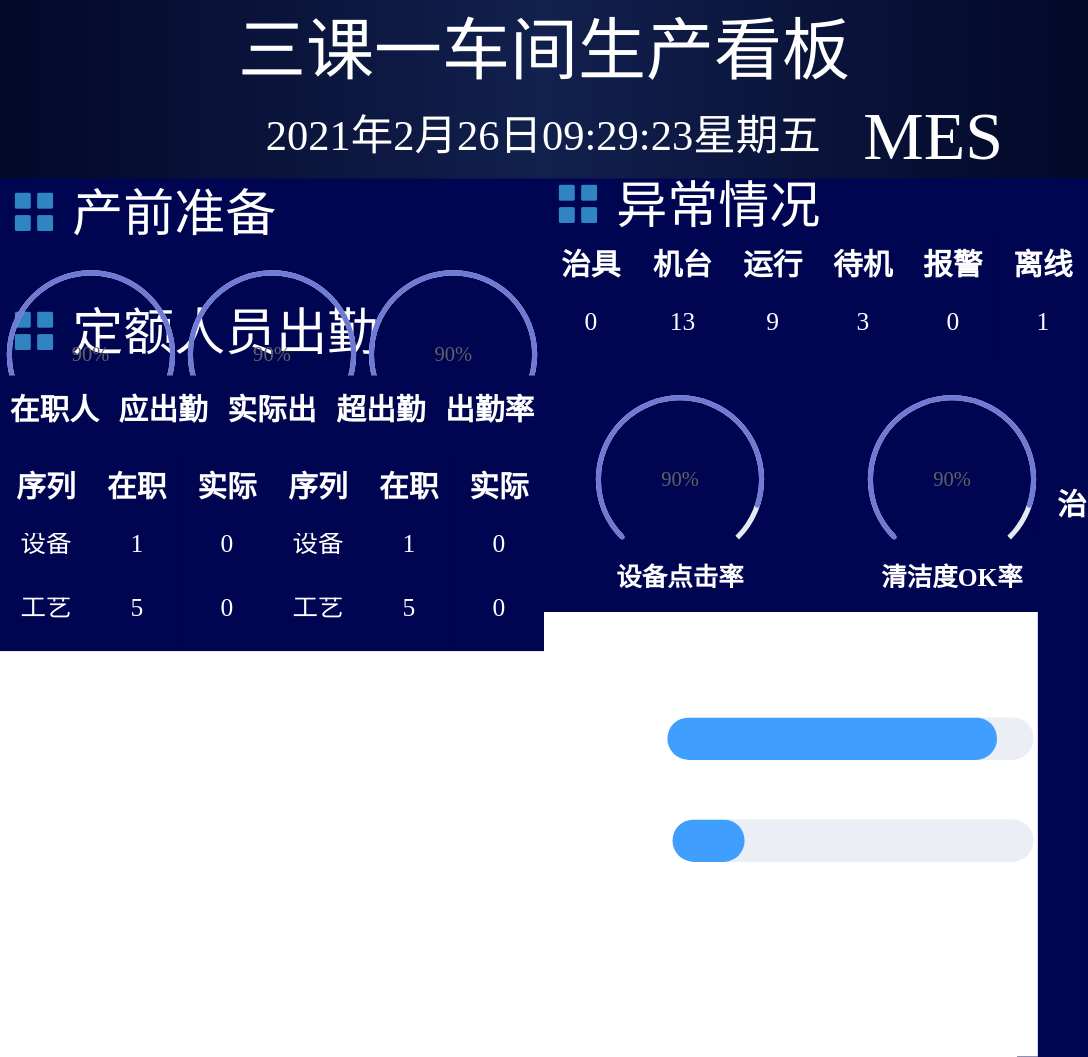
Repository: Bimbaloo/pv-view
Page: a.html
The author's editor kept a copy of each file at every save. The page is drawn from the files as they stood at one save, then again after the next save.
The browser window is 1280 px wide. The pictures show the whole page, at 85% of full size.

Above is the page before, as saved 2021-05-14 15:25:08.
Console error: ReferenceError: echarts is not defined

### a.html
<!DOCTYPE html>
<html lang="zh-ch">

<head>
  <meta charset="UTF-8">
  <meta http-equiv="X-UA-Compatible" content="IE=edge">
  <meta name="viewport"
    content="width=device-width, initial-scale=1.0, minimum-scale=1.0, maximum-scale=1.0, user-scalable=no" />
  <script src="echarts.common.js"></script>
  <script src="vue.js"></script>
  <script src="element-ui/index.js"></script>
  <link rel="stylesheet" href="element-ui/theme-chalk/index.css">
  <link rel="stylesheet" href="reset.css">
  <link rel="stylesheet" href="base.css">
  <title>车间看板</title>
</head>

<body>
  <div id="app">
    <!-- 抬头 -->
    <div class="title-box">
      <div class="title">三课一车间生产看板</div>
      <div class="message" style="display: flex;">
        <div class="time">2021年2月26日09:29:23星期五</div>
        <div class="name">MES</div>
      </div>

    </div>
    <!-- 生产 -->
    <div class="Production">
      <div class="ready">
        <div class="designation">
          <i class="el-icon-menu"></i>
          <span>产前准备</span>
        </div>
        <div class="progress-boxs">
          <div class="progress-box">
            <el-progress type="dashboard" :percentage="percentage" :color="colors" :width='width'></el-progress>
            <span>设备点击率</span>
          </div>

          <div class="progress-box">
            <el-progress type="dashboard" :percentage="percentage" :color="colors" :width='width'></el-progress>
            <span>清洁度OK率</span>
          </div>
          <div class="progress-box">
            <el-progress type="dashboard" :percentage="percentage" :color="colors" :width='width'></el-progress>
            <span>物料齐率</span>
          </div>
        </div>


      </div>
      <!-- 出勤 -->
      <div class="chuqing">
        <div class="designation">
          <i class="el-icon-menu"></i>
          <span>定额人员出勤</span>
        </div>
        <div class="table-message">
          <el-table ref="table" :data="tableData.data" style="width: 100%;margin-top: 20px;">
            <el-table-column v-for="col in columns" :key="col.prop" :label="col.label" :prop="col.prop"
              :class-name="col.class" align='center'>
            </el-table-column>
          </el-table>
        </div>

      </div>
      <!-- 非定额出勤 -->
      <div class="feichuqing">
        <div class="designation">
          <i class="el-icon-menu"></i>
          <span>非定额人员出勤</span>
        </div>
        <div class="table-message" style="display: flex;">
          <el-table ref="table2" :data="tableData.data2" style="width: 45%;margin-top: 20px;">
            <el-table-column v-for="col in columns2" :key="col.prop" :label="col.label" :prop="col.prop"
              :class-name="col.class" align='center'>
            </el-table-column>
          </el-table>
          <el-table ref="table2" :data="tableData.data2" style="width: 45%;margin-top: 20px;">
            <el-table-column v-for="col in columns2" :key="col.prop" :label="col.label" :prop="col.prop"
              :class-name="col.class" align='center'>
            </el-table-column>
          </el-table>
        </div>
      </div>
    </div>
    <!-- 异常 -->
    <div class="abnormal">
      <div class="designation">
        <i class="el-icon-menu"></i>
        <span>异常情况</span>
      </div>
      <div class="table-message">
        <el-table ref="table4" :data="tableData.data4" style="width: 100%">
          <el-table-column v-for="col in columns4" :key="col.prop" :label="col.label" :prop="col.prop"
            :class-name="col.class" align='center'>
          </el-table-column>
        </el-table>
      </div>
      <div class="progress-boxs">
        <div class="progress-box">
          <el-progress type="dashboard" :percentage="percentage" :color="colors" :width='width'></el-progress>
          <span>设备点击率</span>
        </div>

        <div class="progress-box">
          <el-progress type="dashboard" :percentage="percentage" :color="colors" :width='width'></el-progress>
          <span>清洁度OK率</span>
        </div>
      </div>
      <div class="progress-boxs2">
        <div class="progress-box2">
          <div class="progress-message">
            治具损坏率
          </div>
          <el-progress :stroke-width="50" :percentage="90"></el-progress>
        </div>
        <div class="progress-box2">
          <div class="progress-message">
            OQC批退率
          </div>
          <el-progress :stroke-width="50" :percentage="20"></el-progress>
        </div>
      </div>

    </div>
    <!-- 进度 -->
    <div class="progress">
      <div class="designation">
        <i class="el-icon-menu"></i>
        <span>生产进度</span>
      </div>

      <div id="container" style="height: 80%;width: 70%;"></div>
      <el-table ref="table5" :data="tableData.data5" style="width: 100%">
        <el-table-column v-for="col in columns4" :key="col.prop" :label="col.label" :prop="col.prop"
          :class-name="col.class" align='center'>
        </el-table-column>
      </el-table>

    </div>

  </div>
  <script src="base.js"></script>
</body>

</html>

### reset.css
/**
 * Eric Meyer's Reset CSS v2.0 (http://meyerweb.com/eric/tools/css/reset/)
 * http://cssreset.com
 */

html,
body,
div,
span,
applet,
object,
iframe,
h1,
h2,
h3,
h4,
h5,
h6,
p,
blockquote,
pre,
a,
abbr,
acronym,
address,
big,
cite,
code,
del,
dfn,
em,
img,
ins,
kbd,
q,
s,
samp,
small,
strike,
strong,
sub,
sup,
tt,
var,
b,
u,
i,
center,
dl,
dt,
dd,
ol,
ul,
li,
fieldset,
form,
label,
legend,
table,
caption,
tbody,
tfoot,
thead,
tr,
th,
td,
article,
aside,
canvas,
details,
embed,
figure,
figcaption,
footer,
header,
menu,
nav,
output,
ruby,
section,
summary,
time,
mark,
audio,
video,
input {
  margin: 0;
  padding: 0;
  border: 0;
  font-family: "微软雅黑";
  font-size: 100%;
  font-weight: normal;
  vertical-align: baseline;
}

.divider {
  height: 16px;
  width: 100%;
  background: #f3f5f7;
  border-top: 1px solid rgba(7, 17, 27, 0.1);
  border-bottom: 1px solid rgba(7, 17, 27, 0.1);
}

.clear:after {
  content: "\20";
  height: 0;
  display: block;
  clear: both;
}

/* HTML5 display-role reset for older browsers */

article,
aside,
details,
figcaption,
figure,
footer,
header,
menu,
nav,
section {
  display: block;
}

body {
  line-height: 1;
}

blockquote,
q {
  quotes: none;
}

blockquote:before,
blockquote:after,
q:before,
q:after {
  content: none;
}

table {
  border-collapse: collapse;
  border-spacing: 0;
}

/* custom */

a {
  color: #7e8c8d;
  text-decoration: none;
  -webkit-backface-visibility: hidden;
}

li {
  list-style: none;
}

/* 表格下载。 */
.tableClone {
  position: absolute;
  z-index: -1;
}

::-webkit-scrollbar {
  width: 10px;
  height: 10px;
}

::-webkit-scrollbar-track-piece {
  /* background-color: #979ba1; */
  background-color: #bfc1c2;
  -webkit-border-radius: 4px;
}

::-webkit-scrollbar-thumb:vertical {
  height: 10px;
  /*  background-color: #56565C; */
  background-color: #8c8c92;
  -webkit-border-radius: 4px;
}

::-webkit-scrollbar-thumb:horizontal {
  width: 10px;
  /*  background-color: #56565C; */
  background-color: #8c8c92;
  -webkit-border-radius: 4px;
}

html,
body {
  width: 100%;
  height: 100%;
}

body {
  -webkit-text-size-adjust: none;
  -webkit-tap-highlight-color: rgba(0, 0, 0, 0);
}

### base.css
#app {
  background-color: hsl(236deg 100% 16%);
  display: flex;
  flex-direction: row;
  flex-flow: wrap;
  height: 100%;
}

.title-box {
  height: 210px;
  background-image: linear-gradient(to right, #020828, #12204d, #020828);
  width: 100%;

}

.title,
.time,
.name {
  color: #fff;
}

.message {
  display: flex;
  align-items: center;
  justify-content: flex-end;
  margin-right: 100px;
}

.title {
  font-size: 80px;
  width: 100%;
  display: flex;
  justify-content: center;
  align-items: center;
  line-height: 120px;
  height: 120px;
}

.time {
  font-size: 50px;
}

.name {
  font-size: 80px;
  margin-left: 50px;
}


/* 生产 */
.Production {
  height: 45%;
  width: 50%;
  box-sizing: border-box;

}

/* 异常 */
.abnormal {
  height: 45%;
  width: 50%;
  box-sizing: border-box;
}

.progress {
  width: 100%;
  height: 45%;
}


.ready {
  padding-top: 10px;
  height: 40%
}

.designation {
  color: #fff;
  font-size: 60px;
}

.el-icon-menu {
  color: #2F84C1;
  margin-left: 10px;
}

.chuqing {
  padding-top: 10px;
  height: 25%;
}
.feichuqing {
  padding-top: 10px;
  height: 35%;
}


.table-message td,th{
  background-color: hsl(236deg 100% 16%) !important;
  border: 1px solid hsl(236deg 100% 16%);
}

.el-table td, .el-table th.is-leaf {
  border: 1px solid hsl(236deg 100% 16%);
}

.el-table th, .el-table tr {
  background-color: hsl(236deg 100% 16%) !important;
}

.el-table {
  color: #fff;
  font-weight: bold;
  font-size: 30px;
}

.el-table, .el-table__expanded-cell {
  background-color: hsl(236deg 100% 16%) !important;
}
.el-table th>.cell {
  height: 55px;
  color: #fff;
  font-weight: bold;
  font-size: 35px;
  line-height: 55px;
}
.el-table td>.cell {
  height: 50px;
  color: #fff;
  font-size: 30px;
}


.abnormal {

}
.progress-boxs {
  display: flex;
  justify-content: space-around;
  margin-top: 35px;
}
.progress-box span{
  color: #fff;
  font-weight: bold;
  font-size: 30px;
}

.progress-box {
  display: flex;
    flex-direction: column;
    align-items: center;
}
.progress-boxs2 {
 margin-top: 150px;
}

.progress-box2 {
  display: flex;
  justify-content: space-evenly;
  margin-top: 60px;
  margin-bottom: 60px;
}
.progress-box2  .el-progress {
  width: 80%;
  display: flex;
}

.progress-message {
  color: #fff;
  font-weight: bold;
  font-size: 30px;
}
.progress {
  padding-top: 20px;
}

.el-table::before {
  height :0
}


.progress {
  display: flex;
    flex-direction: row;
    flex-wrap: wrap;
}

### base.js
var Main = new Vue({
  el: '#app',
  name: app,
  data: {
    tableData: {
      columns: [{
        label: '在职人员',
        prop: 'printer',
        align: 'center',
        showHead: true
      },
      {
        label: '应出勤',
        prop: 'tasksNum',
        align: 'center',
        showHead: true
      },
      {
        label: '实际出勤',
        prop: 'status',
        align: 'center',
        showHead: true
      },
      {
        label: '超出勤',
        prop: 'lastTime',
        align: 'center',
        showHead: true
      },
      {
        label: '出勤率',
        prop: 'equipment',
        align: 'center',
        class: 'red',
        showHead: true
      }
      ],
      data: [{
        tasksNum: '1',
        printer: '0',
        status: '0',
        lastTime: '0',
        equipment: 0
      }],
      columns2: [{
        label: '序列',
        prop: 'order',
        align: 'center',
      }, {
        label: '在职人数',
        prop: 'num',
        align: 'center',
      }, {
        label: '实际出勤',
        prop: 'realistic',
        align: 'center',
      }],
      data2: [{
        order: '设备',
        num: '1',
        realistic: '0'
      }, {
        order: '工艺',
        num: '5',
        realistic: '0'
      },],
      data3: [{
        order: '品质',
        num: '0',
        realistic: '0'
      },
      {
        order: '制造',
        num: '6',
        realistic: '0'
      }
      ],
      columns4: [{
        label: '治具总数',
        prop: 'order',
        align: 'center',
      }, {
        label: '机台总数',
        prop: 'num',
        align: 'center',
      }, {
        label: '运行',
        prop: 'run',
        align: 'center',
      }, {
        label: '待机',
        prop: 'Standby',
        align: 'center',
      }, {
        label: '报警',
        prop: 'alarm',
        align: 'center',
      }, {
        label: '离线',
        prop: 'offline',
        align: 'center',
      }],
      data4: [{
        order: '0',
        num: '13',
        run: '9',
        Standby: '3',
        alarm: '0',
        offline: '1'
      }],
      columns5: [
        {
          label: '计划达成率',
          prop: 'Achievement',
          align: 'center',
        }, {
          label: '物料齐率',
          prop: 'material',
          align: 'center',
        }, {
          label: '实际UPH',
          prop: 'UPH',
          align: 'center',
        }
      ],
      data5: [{
        Achievement: '50%',
        material: '50%',
        UPH: 2000,
      }, {
        Achievement: '50%',
        material: '50%',
        UPH: 2000,
      }, {
        Achievement: '50%',
        material: '50%',
        UPH: 2000,
      }, {
        Achievement: '50%',
        material: '50%',
        UPH: 2000,
      }, {
        Achievement: '50%',
        material: '50%',
        UPH: 2000,
      }, {
        Achievement: '50%',
        material: '50%',
        UPH: 2000,
      }, {
        Achievement: '50%',
        material: '50%',
        UPH: 2000,
      }, {
        Achievement: '50%',
        material: '50%',
        UPH: 2000,
      }],
      height: 100,
    },
    colors: [{
      color: '#f56c6c',
      percentage: 20
    },
    {
      color: '#e6a23c',
      percentage: 40
    },
    {
      color: '#5cb87a',
      percentage: 60
    },
    {
      color: '#1989fa',
      percentage: 80
    },
    {
      color: '#6f7ad3',
      percentage: 100
    }
    ],
    percentage: 90,
    width: 200
  },
  computed: {
    columns() {
      return this.tableData.columns.filter((item) => {
        return item.showHead
      })
    },
    columns2() {
      return this.tableData.columns2
    },
    columns4() {
      return this.tableData.columns4
    },
    columns5() {
      return this.tableData.columns5
    },
    items() {
      return this.tableData.columns.filter((item) => {
        return !item.showHead
      })
    }
  },
  methods: {

  }
})

var dom = document.getElementById("container");
var myChart = echarts.init(dom);
var app = {};

var option;



option = {
  tooltip: {
    trigger: 'axis',
    axisPointer: {            // Use axis to trigger tooltip
      type: 'shadow'        // 'shadow' as default; can also be 'line' or 'shadow'
    }
  },
  legend: {
    data: ['Direct', 'Mail Ad', 'Affiliate Ad']
  },
  grid: {
    left: '3%',
    right: '4%',
    bottom: '3%',
    containLabel: true
  },
  xAxis: {
    type: 'value'
  },
  yAxis: {
    type: 'category',
    data: ['1#', '2#', '3#', '4#', '5#', '6#', '7#']
  },
  series: [
    {
      name: 'Direct',
      type: 'bar',
      stack: 'total',
      label: {
        show: true
      },
      emphasis: {
        focus: 'series'
      },
      data: [0, 20, 0, 0, 5, 15, 33]
    },
    {
      name: 'Mail Ad',
      type: 'bar',
      stack: 'total',
      label: {
        show: true
      },
      emphasis: {
        focus: 'series'
      },
      data: [0, 50, 30, 70, 25, 25, 33]
    },
    {
      name: 'Affiliate Ad',
      type: 'bar',
      stack: 'total',
      label: {
        show: true
      },
      emphasis: {
        focus: 'series'
      },
      data: [100, 30, 70, 30, 70, 60, 34]
    }


  ]
};

if (option && typeof option === 'object') {
  myChart.setOption(option);
}

Loaded but not shown: vue.js (library); element-ui/index.js (library); element-ui/theme-chalk/index.css (library); echarts.common.js (no copy from this time; the picture is the same without it)

After the next save:
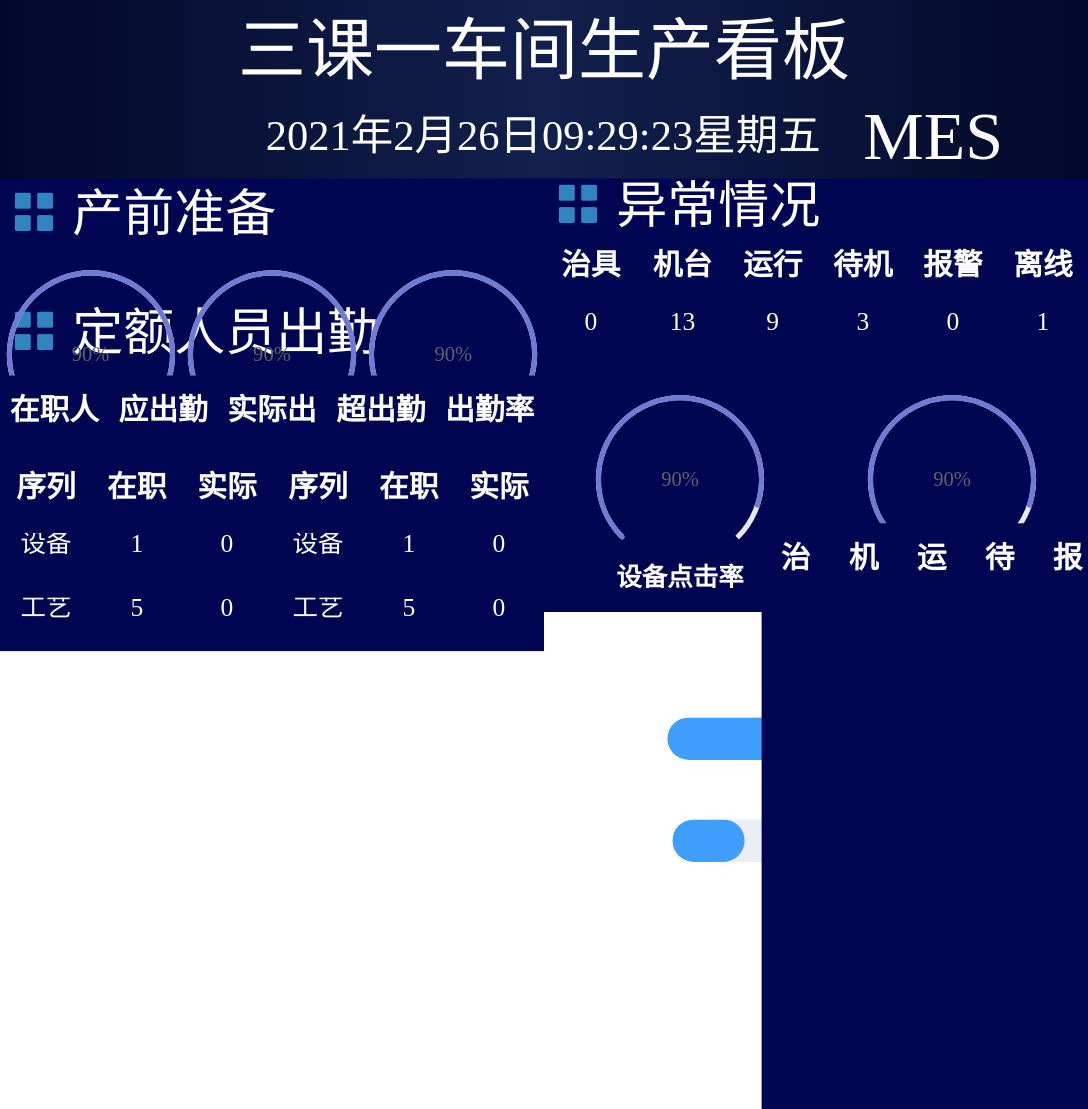
Saved 36 s later.
--- a/a.html
+++ b/a.html
@@ -128,7 +128,7 @@
     </div>
     <!-- 进度 -->
     <div class="progress">
-      <div class="designation">
+      <div class="designation" style="width: 100%;">
         <i class="el-icon-menu"></i>
         <span>生产进度</span>
       </div>
